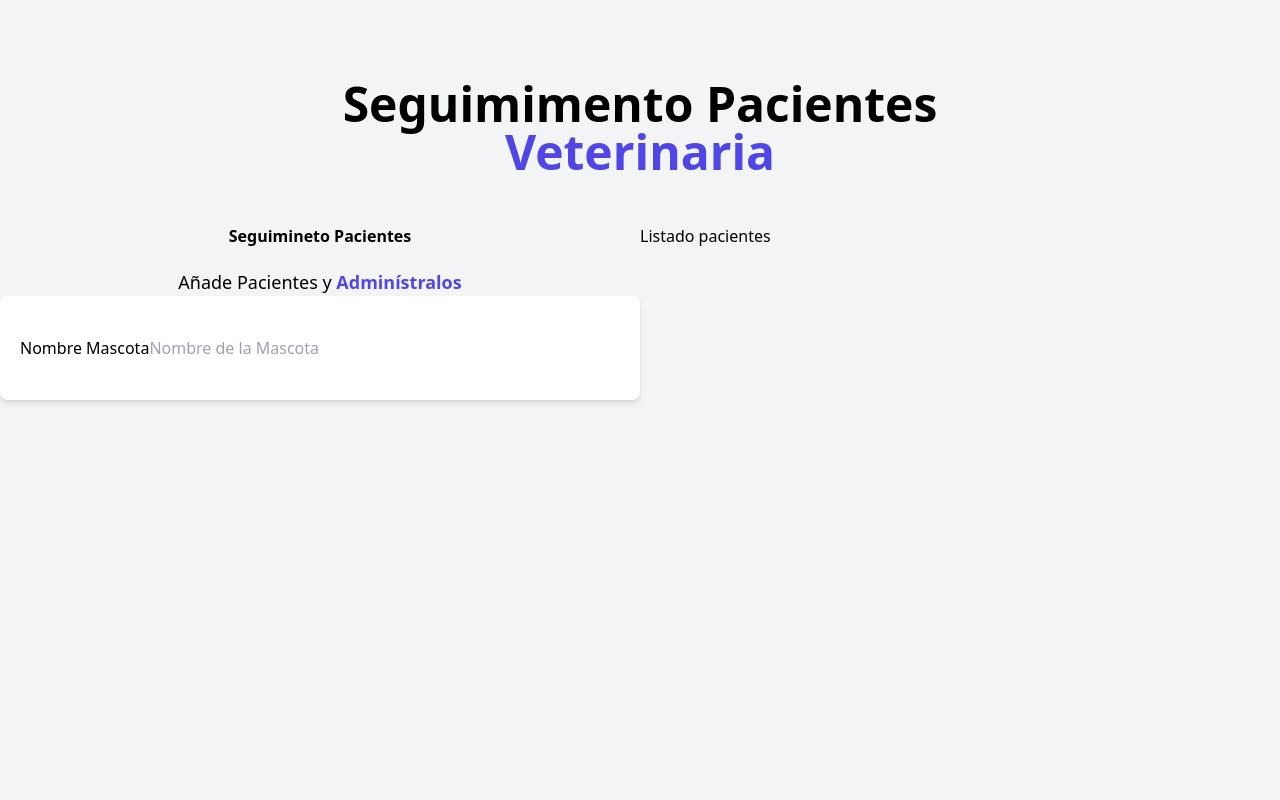
Repository: rlaureano/citas_react
Page: /
An editor plug-in stored every save of this project. The page is shown before and after the next save, followed by the edit.
The browser window is 1280 px wide. The pictures show the whole page.
The project was rebuilt for these pictures with package versions that can differ from the ones it lists, and the page was loaded fresh each time. Also part of the build but not shown: vite.config.js.

Above is the page before, as saved 2022-01-11 22:09:07.

### src/App.jsx
import Formulario from "./components/Formulario"
import Header from "./components/Header"
import ListadoPacientes from "./components/ListadoPacientes"

function App() {

  return (
    <div className="container mx-auto mt-20">
      <Header  />
      <div className="mt-12 md:flex">
        <Formulario  />
        <ListadoPacientes />
      </div>
    </div>
  )
}

export default App

### src/components/Formulario.jsx
import React from 'react'

const Formulario = () => {
  return (
    <div className="md:w-1/2 lg:w2/5">

      <h2 className="font-black text-3x1 text-center">Seguimineto Pacientes</h2>

      <p className="text-lg mt-5 text-center">
        Añade Pacientes y {''}
        <span className="text-indigo-600 font-bold text-lg">Adminístralos</span>
      </p>

      <form action="" className="bg-white shadow-md rounded-lg py-10 px-5">
        <div>
          <label htmlFor="">Nombre Mascota</label>
          <input
            type="text"
            placeholder="Nombre de la Mascota"
          />
        </div>
      </form>

    </div>
  )
}

export default Formulario

### src/components/Header.jsx
function Header() {
  return (

      <h1 className="font-black text-5xl text-center md:w-2/3 mx-auto">Seguimimento Pacientes {''}
        <span className="text-indigo-600">Veterinaria</span>
      </h1>

  )
}

export default Header

### src/components/ListadoPacientes.jsx
import React from 'react'

const ListadoPacientes = () => {
  return (
    <div className="w-1/2 ld:w-3/5">
      <h2>Listado pacientes</h2>
    </div>
  )
}

export default ListadoPacientes

### tailwind.config.js
module.exports = {
  purge: ["./index.html", "./src/**/*.{jsx}"],
  content: [],
  theme: {
    extend: {},
  },
  plugins: [],
}

Loaded but not shown: index.html (common file); src/main.jsx (common file); src/index.css (common file)

After the next save:
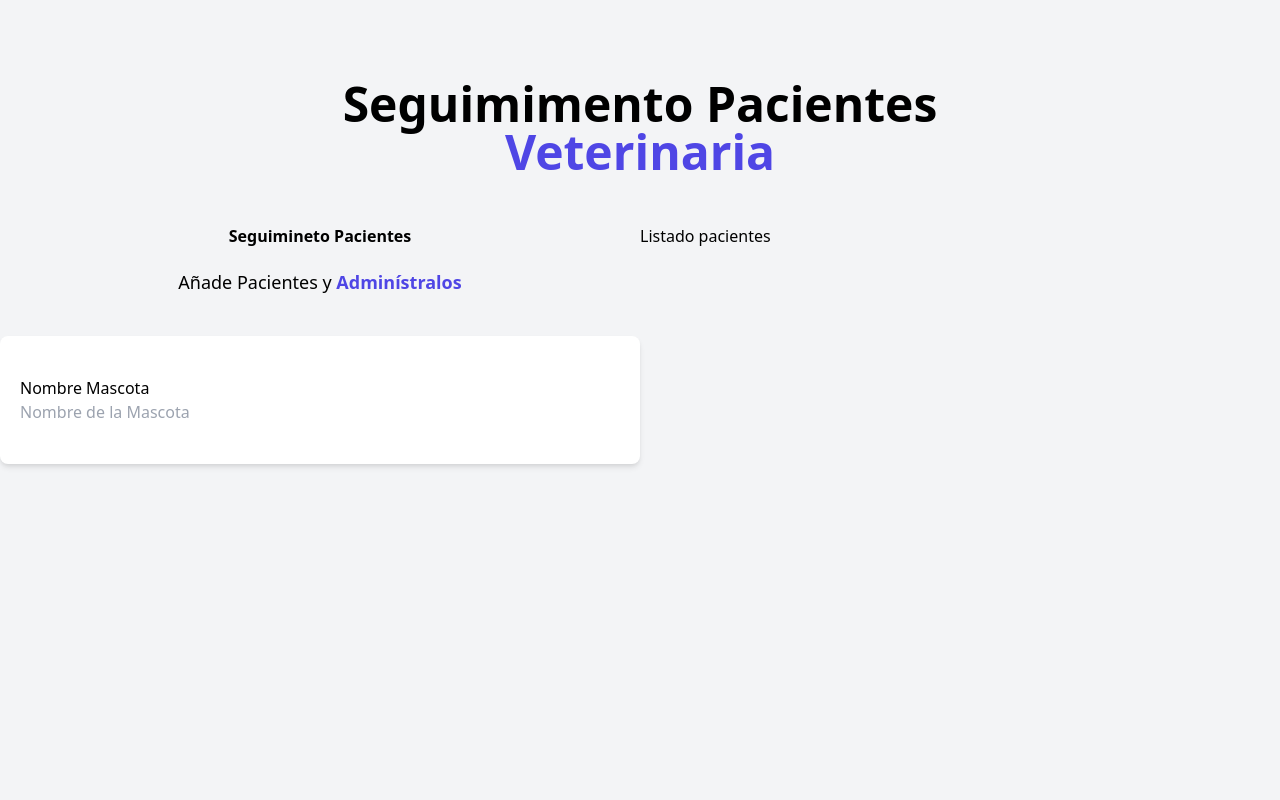
Saved 21 s later.
--- a/src/components/Formulario.jsx
+++ b/src/components/Formulario.jsx
@@ -6,14 +6,14 @@ const Formulario = () => {
 
       <h2 className="font-black text-3x1 text-center">Seguimineto Pacientes</h2>
 
-      <p className="text-lg mt-5 text-center">
+      <p className="text-lg mt-5 text-center mb-10">
         Añade Pacientes y {''}
         <span className="text-indigo-600 font-bold text-lg">Adminístralos</span>
       </p>
 
       <form action="" className="bg-white shadow-md rounded-lg py-10 px-5">
         <div>
-          <label htmlFor="">Nombre Mascota</label>
+          <label htmlFor="" className="block">Nombre Mascota</label>
           <input
             type="text"
             placeholder="Nombre de la Mascota"
